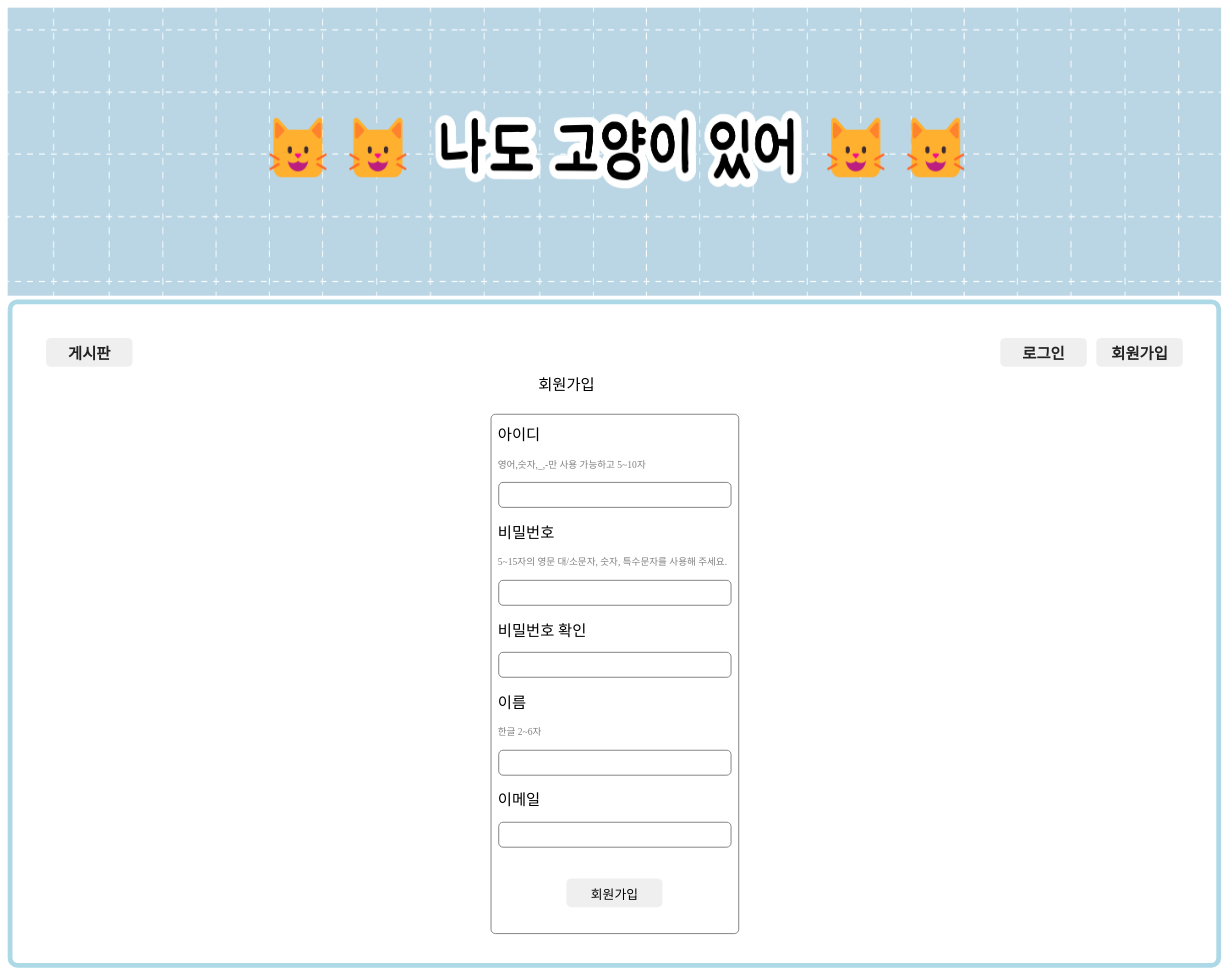
Repository: hh7711/Goit
Page: http://localhost/Goit/WEB-INF/views/signUpPage.jsp
The author's editor kept a copy of each file at every save. The page is drawn from the files as they stood at one save, then again after the next save.
The browser window is 1280 px wide. The pictures show the whole page, at 96% of full size.
Some web fonts or font styles are not loaded; a fallback is used. The page is served by Tomcat 9. Nobody is signed in. Other server files are loaded and not shown. The template is opened directly, without the code that normally fills it, so the values that code supplies are empty.

Above is the page before, as saved 2023-08-03 06:58:46.

### Goit/src/main/webapp/WEB-INF/views/signUpPage.jsp
<%@ page language="java" contentType="text/html; charset=UTF-8"
    pageEncoding="UTF-8"%>
<%@ taglib prefix="c" uri="http://java.sun.com/jsp/jstl/core" %>
<!DOCTYPE html>
<html>
<head>
<meta charset="UTF-8">
<title>나도 고양이 있어</title>
    <style>
    	@font-face {
		    font-family: 'Dovemayo_gothic';
		    src: url('https://cdn.jsdelivr.net/gh/projectnoonnu/noonfonts_2302@1.1/Dovemayo_gothic.woff2') format('woff2');
		    font-weight: normal;
		    font-style: normal;
		}
		body,button,textarea {
			font-family: 'Dovemayo_gothic';
		}
		#main1{
			border: 5px solid lightblue;
			border-radius: 10px;
			padding: 30px;
		}
    	.headBtn{
        	border: 0.5px;
        	width: 90px;
        	height: 30px;
        	color: rgb(34, 34, 34);
        	border-radius: 5px;
        	font-size: medium;
        	font-weight: bold;
        	margin-top: 5px; margin-left: 5px; margin-right: 5px; margin-bottom: 30px;
        }
        .headBtn:hover{
        	background-color: rgb(211, 253, 255);
        }
        .headId{
        	font-size: medium;
        	font-weight: bold;
        	margin-top: 8px; margin-left: 5px; margin-right: 5px; margin-bottom: 10px;
        }
        table{
            margin-left: auto; margin-right: auto;
            border: 0.2px solid gray;
            border-radius: 5px;
            align-content: center;
        }
        tr,td{
        	padding: 5px;
        }
        input{
            /* border-top: none; border-left: none; border-right: none; */
            /* border-bottom: 0.5px solid; */
            /* border-top-left-radius: 5px; border-top-right-radius: 5px; */
            border: 0.5px solid gray;
            border-radius: 5px;
            height: 23px;
            font-family: 'Dovemayo_gothic';
        }
        .write:focus{
            background-color: #E8F5FF;
            color: rgb(75, 75, 75);
            outline: none;
            /* box-shadow: 0 0 0 2px #f00; */
        }
        #signUp{
            border: none;
            border-radius: 5px;
            width: 100px;
            height: 30px;
        }
        #signUp:hover{
            background-color: #E8F5FF;
        }
    </style>
</head>
<body>
<!-- 상단 -->
<!-- 상단 -->
	<div>
		<a href="mainPage">
			<img style="height: 300px;" alt="오류" src="resources/main/main15.png" width="100%">
		</a>
	</div>
	<div id="main1">
		<button type="button" class="headBtn" style="float: left;" onclick="location.href='boardList'">게시판</button>
		<c:if test="${dto == null}">
			<button type="button" class="headBtn" style="float: right;" onclick="location.href='signUpPage'">회원가입</button>
			<button type="button" class="headBtn" style="float: right;" onclick="location.href='signInPage'">로그인</button>
		</c:if>
		<c:if test="${dto != null}">
			<button type="button" class="headBtn" style="float: right;" onclick="location.href='signOut'">로그아웃</button>&nbsp;
			<button type="button" class="headBtn" style="float: right;" onclick="location.href='myPage'">마이페이지</button>
			<span class="headId" style="float: right;">${dto.id}님</span>
		</c:if>
		<div style="text-align: center; padding: 20px; margin-top: 20px;">회원가입</div>
		<form method="post" action="signUp" name="signup">
	<!-- 		<table border="2px solid"> -->
			<table>
				<tr>
	                <td>아이디</td>
				</tr>
				<tr>
	                <td style="color: gray; font-size: x-small;">
	                	영어,숫자,_,-만 사용 가능하고 5~10자
	                </td>
				</tr>
	            <tr>
	                <td>
	                    <!-- <input type="text" name="id" id="id" placeholder="아이디를 입력하세요"> -->
	                    <input type="text" name="id" id="id" class="write" size="30" maxlength="10">
	                </td>
	            </tr>
				<tr id="idX" style="display: none;">
					<td>
	                   	사용할 수 없는 아이디입니다. 다른 아이디를 입력해 주세요.
	                </td>
				</tr>
				<tr id="idO" style="display: none;">
	                <td>
		                    사용 가능한 아이디 입니다.
	                </td>
				</tr>
				<tr>
	                <td>
	                	비밀번호
	                </td>
				</tr>
				<tr>
	                <td style="color: gray; font-size: x-small;">
	                	5~15자의 영문 대/소문자, 숫자, 특수문자를 사용해 주세요.
	                </td>
				</tr>
	            <tr>
	                <td>
	                    <input type="password" id="pwd1" class="write" size="30" maxlength="15">
	                </td>
	            </tr>
				<tr>
	                <td>비밀번호 확인</td>
				</tr>
	            <tr>
	                <td>
	                    <input type="password" name="pwd" id="pwd2" class="write" size="30" maxlength="15">
	                </td>
	            </tr>
	            <tr id="pwdX" style="display: none;">
	                <td>
	                    비밀번호가 일치하지 않습니다.
	                </td>
	            </tr>
	            <tr id="pwdO" style="display: none;">
	                <td>
						비밀번호가 일치합니다.
	                </td>
	            </tr>
				<tr>
	                <td>이름</td>
				</tr>
				<tr>
	                <td style="color: gray; font-size: x-small;">
	                	한글 2~6자
	                </td>
				</tr>
	            <tr>
	                <td colspan="2">
	                    <input type="text" name="name" id="name" class="write" size="30" maxlength="6">
	                </td>
	            </tr>
				<tr>
	                <td>이메일</td>
				</tr>
	            <tr>
	                <td colspan="2">
	                    <input type="text" name="email" id="email" class="write" size="30">
	                </td>
	            </tr>
	            <tr>
	                <td align="center">
	                    <div style="margin: 20px;">
	                        <button type="button" id="signUp">회원가입</button>
	                    </div>
	                </td>
	            </tr>
			</table>
		</form>
	</div>
    <script src="https://ajax.googleapis.com/ajax/libs/jquery/3.3.1/jquery.min.js"></script>
    <script type="text/javascript">
        var idCheck = false;
        var pwdCheck = false;
        $("#id").on("propertychange change keyup paste input", function () {
        	var id = $(this).val();
            $.ajax({
                url: "idCheck",
                type: "post",
                data: {id : id},
                dataType: "json",
                success : function(result) {
                    if (result == 2) {
                        $("#idO").show();
                        $("#idX").hide();
                        idCheck = true;
                    }else if (result == 1) {
                        $("#idX").show();
                        $("#idO").hide();
                        idCheck;
                    }
                },
                error: function(){
                    alert("오류");
                }
            });
        });
        $("#pwd2").on("propertychange change keyup paste input", function () {
        	console.log("비밀번호 입력중")
			if ($("#pwd1").val() != $("#pwd2").val()) {
			    $("#pwdX").show();
			    $("#pwdO").hide();
			}else if ($("#pwd1").val() == $("#pwd2").val()) {
			    $("#pwdO").show();
			    $("#pwdX").hide();
			}
        });
//      아이디, 비밀번호, 이름, 이메일 유효성검사를 위한 정규식
// 		영어,숫자,_,-만 사용 가능하고 5~10자
        var userIdCheck = RegExp(/^[A-Za-z0-9_\-]{5,10}$/);
//      영문 대/소문자, 숫자, 특수문자를 하나 이상 포함하여 5~15자
        var userPwdCheck = (/^(?=.*[a-z])(?=.*[A-Z])(?=.*[0-9])(?=.*[!@#$%^*?]).{5,15}$/);
//         한글 2~6자
        var userNameCheck = RegExp(/^[가-힣]{2,6}$/);

        var userEmailCheck = RegExp(/^[A-Za-z0-9_\.\-]+@[A-Za-z0-9\-]+\.[A-Za-z0-9\-]+/);

//      회원가입 버튼 눌렀을때
        $("#signUp").on("click", function() {
			if ($("#id").val() == "") {
				alert("아이디를 입력해주세요.");
				$("#id").focus();
				return false;
			}
			if(!userIdCheck.test($("#id").val())){
		        alert("아이디 형식에 맞게 입력해주세요.");
		        $("#id").focus();
		        return false;
	      	}
        	if (idCheck == false) {
        		alert("이미 존재하는 아이디 입니다.");
				$("#id").focus();
				return false;
			}
			if ($("#id").val().length < 5) {
				alert("아이디는 5글자 이상이여야 합니다");
				$("#id").focus();
				return false;
			}
			if ($("#pwd1").val() == "" || $("#pwd2").val() == "") {
				alert("비밀번호를 입력해주세요.");
				$("#pwd1").focus();
				return false;
			}
			if ($("#id").val() == $("#pwd1").val()) {
				alert("아이디를 비밀번호로 사용할 수 없습니다.");
				$("#pwd1").val("");
				$("#pwd1").focus();
				return false;
			}
			if ($("#pwd1").val().length < 5) {
				alert("비밀번호는 5자 이상이여야 합니다.");
				$("#pwd1").focus();
				return false;
			}
			if ($("#pwd1").val() != $("#pwd2").val()) {
				alert("비밀번호가 일치하지 않습니다.");
				$("#pwd1").focus();
				return false;
			}
			if(!userPwdCheck.test($("#pwd1").val())){
		        alert("비밀번호 형식에 맞게 입력해주세요.");
		        $("#pwd1").focus();
		        return false;
	      	}
			if ($("#name").val() == "") {
				alert("이름을 입력해주세요.");
				$("#name").focus();
				return false;
			}
			if(!userNameCheck.test($("#name").val())){
		        alert("이름똑바로~");
		        $("#name").focus();
		        return false;
	      	}
			if ($("#email").val() == "") {
				alert("이메일을 입력해주세요.");
				$("#email").focus();
				return false;
			}
			if(!userEmailCheck.test($("#email").val())){
		        alert("이메일주소가 올바르지 않습니다.");
		        $("#email").focus();
		        return false;
	      	}
			document.signup.submit();
		});
    </script>
</body>
</html>

After the next save:
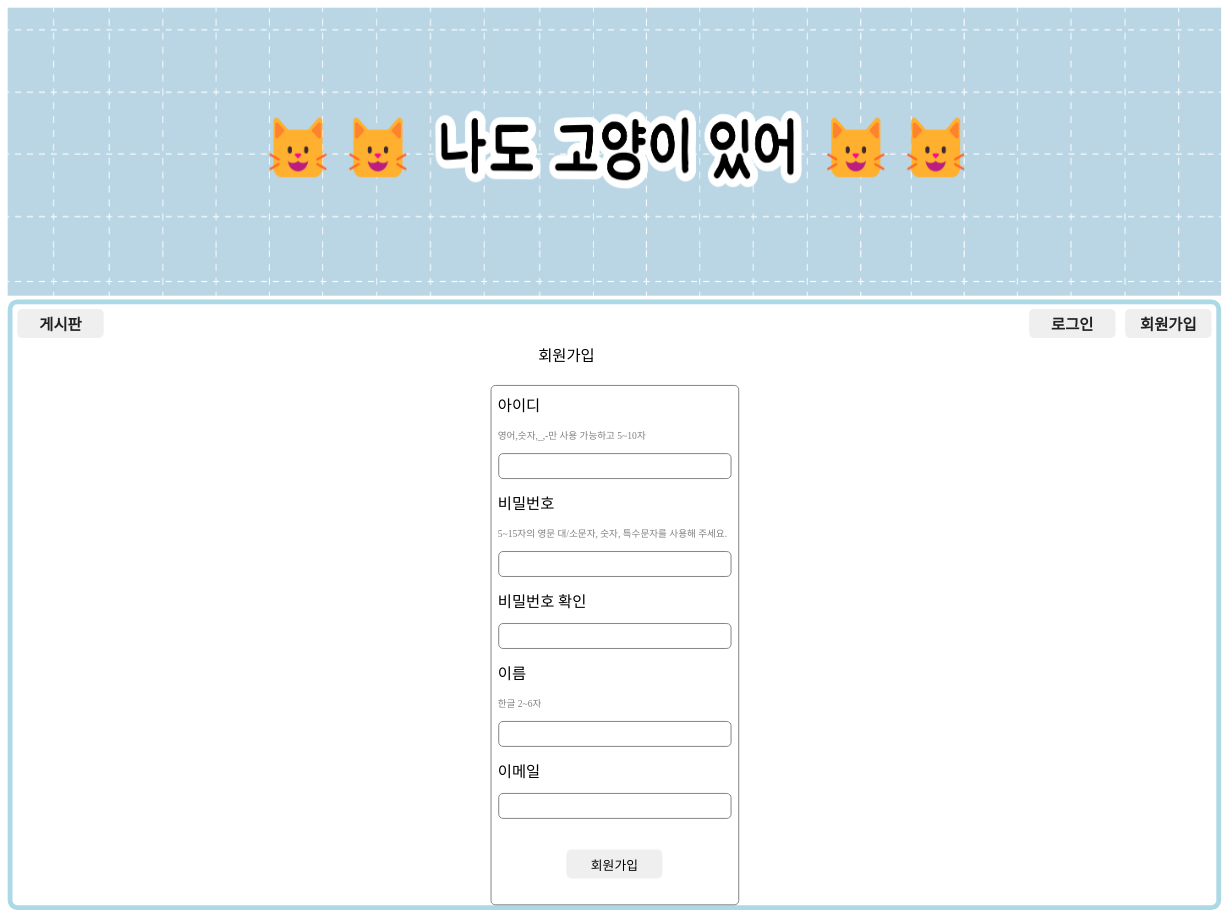
Saved 4 s later.
--- a/Goit/src/main/webapp/WEB-INF/views/signUpPage.jsp
+++ b/Goit/src/main/webapp/WEB-INF/views/signUpPage.jsp
@@ -19,7 +19,6 @@
 		#main1{
 			border: 5px solid lightblue;
 			border-radius: 10px;
-			padding: 30px;
 		}
     	.headBtn{
         	border: 0.5px;
